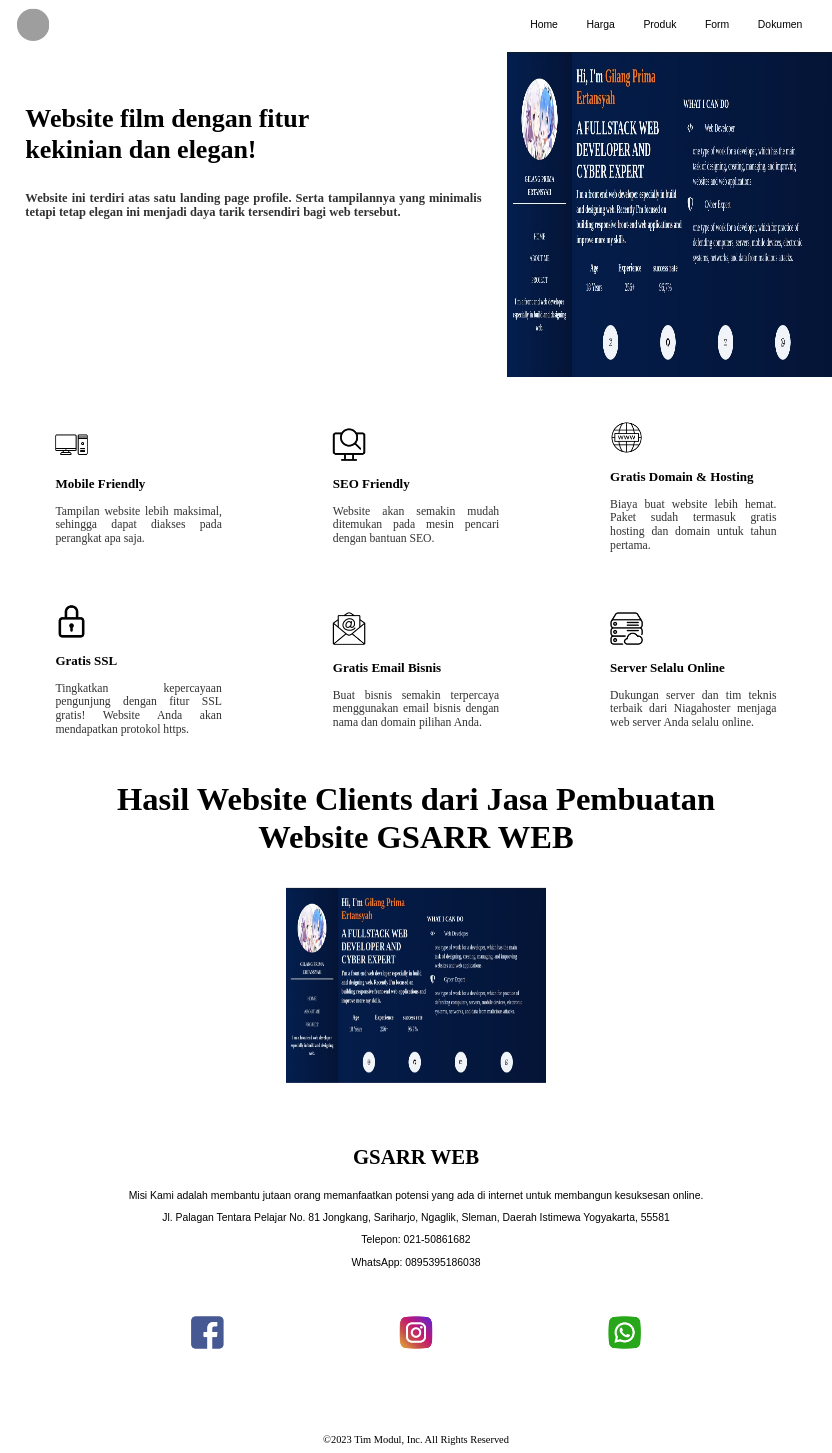
Repository: zecht12/TimModul
Page: JenisWeb/Web8.html
An editor plug-in stored every save of this project. The page is shown before and after the next save, followed by the edit.
The browser window is 1280 px wide. The pictures show the whole page, at 65% of full size.
Pictures or frames that could not be fetched are drawn as grey boxes.

Above is the page before, as saved 2023-04-26 15:20:27.

### JenisWeb/Web8.html
<!DOCTYPE html>
<html lang="en">
<head>
    <meta charset="UTF-8">
    <meta http-equiv="X-UA-Compatible" content="IE=edge">
    <meta name="viewport" content="width=device-width, initial-scale=1.0">
    <link rel="stylesheet" href="../style.css">
    <script src="script.js"></script>
    <title>Document</title>
</head>
<body style="margin: auto;">
    <div>
        <div style="height: 80px; width: 100%; background-color: white;">
            <header>
                <img src="../assets/wallpaper.jpg" alt="Image" style="height: 50px; width: 50px; border-radius: 100%;" >
                <ul class="nav_links">
                    <li><a href="../TimModul.html">Home</a></li>
                    <li><a href="../TimModul.html">Harga</a></li>
                    <li><a href="../TimModul.html">Produk</a></li>
                    <li><a href="../TimModul.html">Form</a></li>
                    <li><a href="../TimModul.html">Dokumen</a></li>
                </ul>
            </headers>
        </div>
        <div style="display: flex; justify-content: space-between; align-items: start;">
            <div>
                <div style=" display: flex; justify-content: center; align-items: start;">
                    <div style="padding: 5%;">
                        <p style=" color: black; font-size: 40px; font-weight: bold; width: 80%;">Website film dengan fitur kekinian dan elegan!</p>
                        <p style="color: rgb(49, 49, 49); text-align: justify; font-weight: bold; font-size: larger;">Website ini terdiri atas satu landing page profile. Serta tampilannya yang minimalis tetapi tetap elegan ini menjadi daya tarik tersendiri bagi web tersebut.</p>
                    </div>
                </div>
            </div>
            <div>
                <img src="../assets/web4.jpg" alt="logo" width="500px" height="500px">
            </div>
        </div>
        <div style="display: flex; justify-content: space-around; align-items: center; padding-top: 5%;">
            <div style="display: flex; justify-content: center; align-items: center; width: 20%;">
                <div>
                    <img src="../assets/computer.png" alt="comp" width="50px" height="50px">
                    <p style="font-weight: bold; font-size: 20px;">Mobile Friendly</p>
                    <p style="color: rgb(49, 49, 49); text-align: justify; font-size: large;">Tampilan website lebih maksimal, sehingga dapat diakses pada perangkat apa saja.</p>
                </div>
            </div>
            <div style="display: flex; justify-content: center; align-items: center; width: 20%;">
                <div>
                    <img src="../assets/computer1.png" alt="comp" width="50px" height="50px">
                    <p style="font-weight: bold; font-size: 20px;">SEO Friendly</p>
                    <p style="color: rgb(49, 49, 49); text-align: justify; font-size: large;">Website akan semakin mudah ditemukan pada mesin pencari dengan bantuan SEO.</p>
                </div>
            </div>
            <div style="display: flex; justify-content: center; align-items: center; width: 20%;">
                <div>
                    <img src="../assets/domain.png" alt="comp" width="50px" height="50px">
                    <p style="font-weight: bold; font-size: 20px;">Gratis Domain & Hosting</p>
                    <p style="color: rgb(49, 49, 49); text-align: justify; font-size: large;">Biaya buat website lebih hemat. Paket sudah termasuk gratis hosting dan domain untuk tahun pertama.</p>
                </div>
            </div>
        </div>
        <div style="display: flex; justify-content: space-around; align-items: center; padding-top: 5%;">
            <div style="display: flex; justify-content: center; align-items: center; width: 20%;">
                <div>
                    <img src="../assets/padlock.png" alt="comp" width="50px" height="50px">
                    <p style="font-weight: bold; font-size: 20px;">Gratis SSL</p>
                    <p style="color: rgb(49, 49, 49); text-align: justify; font-size: large;">Tingkatkan kepercayaan pengunjung dengan fitur SSL gratis! Website Anda akan mendapatkan protokol https.</p>
                </div>
            </div>
            <div style="display: flex; justify-content: center; align-items: center; width: 20%;">
                <div>
                    <img src="../assets/email.png" alt="comp" width="50px" height="50px">
                    <p style="font-weight: bold; font-size: 20px;">Gratis Email Bisnis</p>
                    <p style="color: rgb(49, 49, 49); text-align: justify; font-size: large;">Buat bisnis semakin terpercaya menggunakan email bisnis dengan nama dan domain pilihan Anda.</p>
                </div>
            </div>
            <div style="display: flex; justify-content: center; align-items: center; width: 20%;">
                <div>
                    <img src="../assets/servers.png" alt="comp" width="50px" height="50px">
                    <p style="font-weight: bold; font-size: 20px;">Server Selalu Online</p>
                    <p style="color: rgb(49, 49, 49); text-align: justify; font-size: large;">Dukungan server dan tim teknis terbaik dari Niagahoster menjaga web server Anda selalu online.</p>
                </div>
            </div>
        </div>
        <div>
            <div style=" display: flex; justify-content: center; align-items: center;">
                <p style="text-align: center; color: black; font-size: 50px; font-weight: bold; width: 80%;">Hasil Website Clients dari Jasa Pembuatan Website GSARR WEB</p>
            </div>
            <div style="display: flex; justify-content: space-around; align-items: center;">
                <div style="display: flex; justify-content: center; align-items: center;">
                    <img src="../assets/web4.jpg" alt="logo" width="400px" height="300px">
                </div>
            </div>
        </div>
        <div style="height: 70vh; width: 100%; background-color: white; margin: auto; justify-content: center; align-items: center;">
            <div style="padding: 5%;">
                <p style="text-align: center; color: black; font-size: xx-large; font-weight: bold;">GSARR WEB</p>
                <p style="text-align: center; font: caption;">Misi Kami adalah membantu jutaan orang memanfaatkan potensi yang ada di internet untuk membangun kesuksesan online.</p>
                <p style="text-align: center; font: caption;">Jl. Palagan Tentara Pelajar No. 81 Jongkang, Sariharjo, Ngaglik, Sleman, Daerah Istimewa Yogyakarta, 55581</p>
                <div>
                    <p style="text-align: center; font: caption;">Telepon: 021-50861682</p>
                    <p style="text-align: center; font: caption;">WhatsApp: 0895395186038</p>
                </div>
                <div class="Social" style="display: flex; align-items: center; justify-content: space-between; background-color: transparent; gap: 20px; padding-left: 20%; padding-right: 20%; padding-top: 5%; ">
                    <a href="" style="background-color: #fff;">
                        <img src="/assets/facebook.png" alt="FB" width="50px" height="50px">
                    </a>
                    <a href="">
                        <img src="/assets/instagram.png" alt="FB" width="50px" height="50px">
                    </a>
                    <a href="">
                        <img src="/assets/whatsapp.png" alt="FB" width="50px" height="50px">
                    </a>
                </div>
            </div>
        </div>
        <div style="height: 50px; width: 100%; background-color: white; margin: auto; justify-content: center; align-items: center;">
            <p style="color: black; text-align: center; padding-top: 20px;">&copy;2023 Tim Modul, Inc. All Rights Reserved</p>
        </div>
    </div>
</body>
</html>

### style.css
body{
    height: auto;
    width: 100%;
    margin: auto;
    padding: auto;
}
header{
    display: flex;
    align-items: center;
    justify-content: space-between;
    padding-left: 2%;
    padding-right: 2%;
    padding-top: 1%;
}
li,a, button{
    font-family: "Montserrat", sans-serif;
    font-size: 16px;
    color: black;
    text-decoration: none;
}
.produk{
    padding-left: 5%;
    padding-right: 5%;
    padding-top: 3%;
    display: flex;
    justify-content: space-around;
    align-items: center;
}
.produk1{
    padding-left: 5%;
    padding-right: 5%;
    padding-top: 3%;
    display: flex;
    justify-content: space-around;
    align-items: center;
}
.produk2{
    padding-left: 5%;
    padding-right: 5%;
    padding-top: 3%;
    display: flex;
    justify-content: space-evenly;
    align-items: center;
}
.produk a:hover{
    transform: scale(110%);
}
.produk1 a:hover{
    transform: scale(110%);
}
.produk2 a:hover{
    transform: scale(110%);
}
.nav_links{
    list-style: none;
}
.nav_links li{
    display: inline-block;
    padding: 0px 20px;
}
.nav_links li a:hover{
    color: #0088a9;
}
.forms{
    height: auto;
    width: 100%;
    display: flex;
    justify-content: center;
    align-items: center;
    padding-top: 1%;
    padding-bottom: 5%;

}
label {
    color: black;
    font-weight: bold;
    width: 130px;
}
.Button {
    padding: 10px;
    border: 1px solid black;
    background-color:aliceblue;
    border-radius: 5px;
    font: inherit;
    cursor: pointer;
}
.Button:hover{
    border: 1px solid #0088a9;
    color: #0088a9;
    cursor: pointer;
}
.button1:hover{
    transform: scale(110%);
}
.Pilihan{
    margin: auto;
    padding-top: 3%;
    padding-bottom: 20px;
    font-weight: bold;
    color: black;
}
.Nama{
    width: 100%;
    height: 20px;
    margin-top: 2%;
}
.Email{
    width: 100%;
    height: 20px;
    margin-top: 2%;
}
.Formemail{
    padding-top: 5%;
}
textarea{
    width: 100%;
    height: 100px;
    margin-bottom: 5%;
}
#customers {
    font-family: Arial, Helvetica, sans-serif;
    border-collapse: collapse;
    width: 80%;
}
#customers td, #customers th {
    border: 1px solid #ddd;
    padding: 8px;
}
#customers tr:nth-child(even){background-color: #f2f2f2;}
#customers tr:hover {background-color: #ddd;}
#customers th {
    padding-top: 12px;
    padding-bottom: 12px;
    text-align: left;
    background-color: #2089dc;
    color: white;
}
.Social a:hover{
    transform: scale(110%);
}

Loaded but not shown: script.js (no copy from this time; the picture is the same without it)

After the next save:
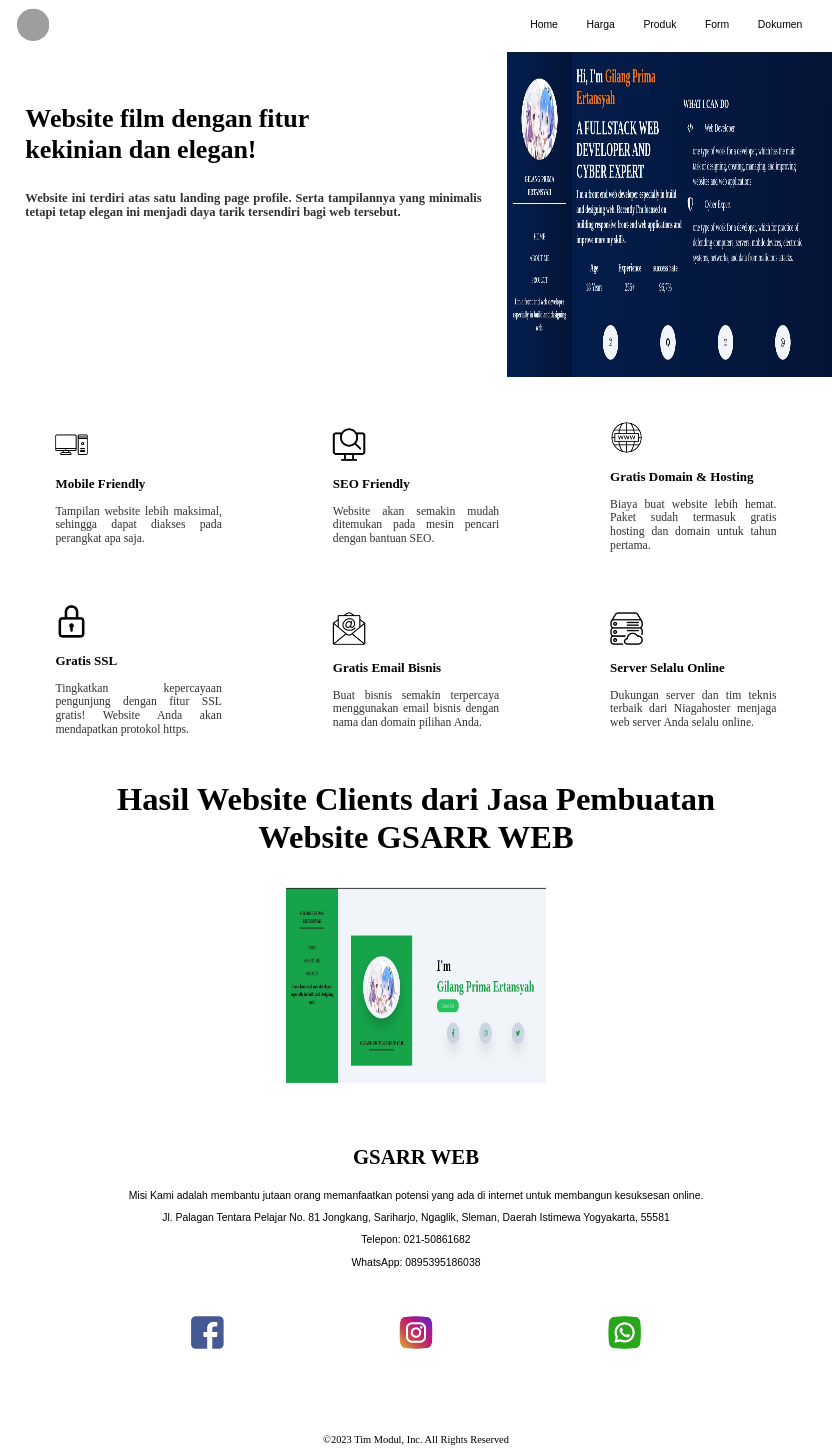
Saved 4 s later.
--- a/JenisWeb/Web8.html
+++ b/JenisWeb/Web8.html
@@ -87,7 +87,7 @@
             </div>
             <div style="display: flex; justify-content: space-around; align-items: center;">
                 <div style="display: flex; justify-content: center; align-items: center;">
-                    <img src="../assets/web4.jpg" alt="logo" width="400px" height="300px">
+                    <img src="../assets/web7.jpg" alt="logo" width="400px" height="300px">
                 </div>
             </div>
         </div>
